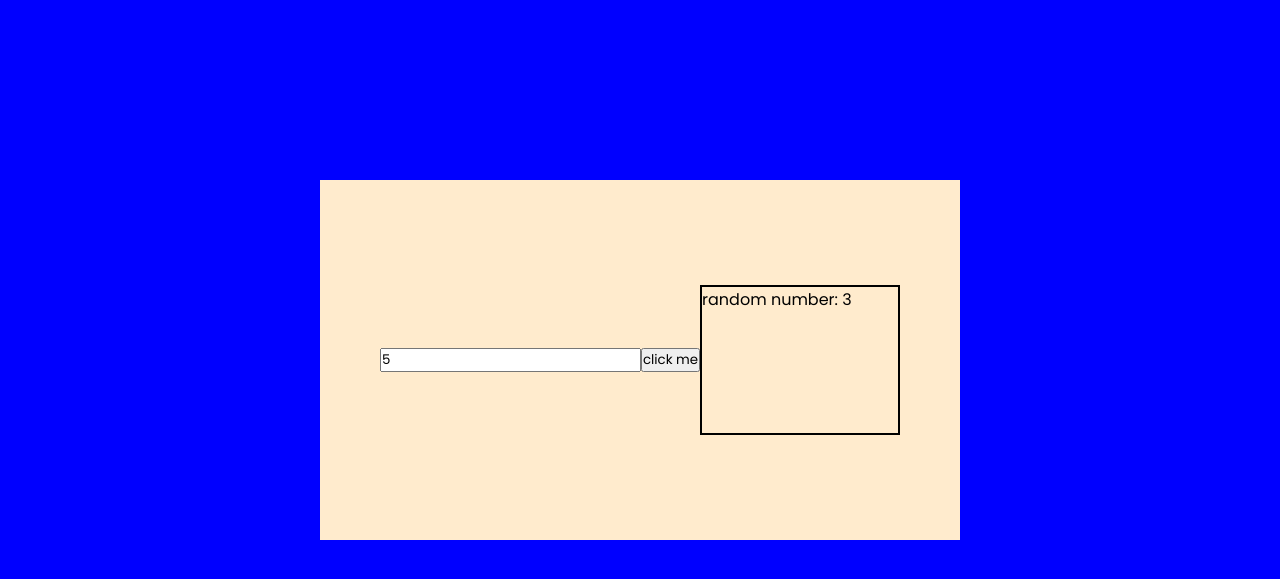
Repository: NarekTovmasyan/promise
Page: inex.html
An editor plug-in stored every save of this project. The page is shown before and after the next save, followed by the edit.
The browser window is 1280 px wide. The pictures show the whole page.
Empty fields were first filled with sample values (such as "Sample", 5 or name@example.com).
After loading, the first visible `#button` was clicked once.

Above is the page before, as saved 2022-02-21 22:43:00.
Console error (its wording comes from the project's code and is left out).

### inex.html
<!DOCTYPE html>
<html lang="en">

<head>
    <meta charset="UTF-8">
    <meta http-equiv="X-UA-Compatible" content="IE=edge">
    <meta name="viewport" content="width=device-width, initial-scale=1.0">
    <title>Document</title>
    <link rel="stylesheet" href="./style.css">
</head>

<body>
    <div class="body">
        <div class="conteiner">
            <div class="main">
                <input type="number" id="value" placeholder="enter number 0-6">
                <button class="btn" id="button">click me</button>
                <div class="table" id="show-text"></div>
            </div>
        </div>
    </div>
    <script src="./script.js"></script>
</body>

</html>

### style.css
@import url('https://fonts.googleapis.com/css2?family=Poppins:wght@200;300;400;500;600;700&display=swap');
* {
    margin: 0;
    padding: 0;
    box-sizing: border-box;
    font-family: 'Poppins', sans-serif;
}

.body {
    background-color: blue;
    position: absolute;
    width: 100%;
    height: 100%;
    display: flex;
    align-items: center;
    justify-content: center;
}

.conteiner {
    background-color: blanchedalmond;
    position: relative;
    width: 50%;
    height: 50%;
    display: flex;
    align-items: center;
    justify-content: center;
}

.main {
    display: contents;
    flex-direction: row;
}


/* .btn {

} */

.table {
    border: 2px solid black;
    width: 200px;
    height: 150px;
}

### script.js
// const myBirthday = (isSick) => {
//     return new Promise(function (resolve, reject) {
//       if (!isSick) {
//         setTimeout(() => resolve(2), 2000);
//       } else {
//         reject("I dont have cake :разочарование_облегчение:");
//       }
//     });
//   };
//   const handleCake = async () => {
//     try {
//       let result = await myBirthday(true); // result = 2
//       console.log(`I have ${result} cakes :день_рождения:`);
//     } catch (err) {
//       console.log(err);
//     } finally {
//       console.log("Party");
//     }
//   };
//   handleCake();



// myBirthday(true)
//   .then((result) => console.log(`I have ${result} cakes :день_рождения:`))
//   .catch((err) => console.log(err))
//   .finally(() => console.log("Party"));


// let number = 5;

// function compare(argument) {
//     return new Promise(function(resolve, reject) {
//         if (number > argument) {
//             resolve(number)
//         } else {
//             reject(new Error("oops"))
//         }
//     })
// };
// compare(6).then(function(number) {
//     console.log(number);
// }).catch(function(error) {
//     console.log(error);
// }).finally(() => {
//     console.log("barlus");
// })

const value = document.getElementById("value");
const button = document.getElementById("button")
const showText = document.getElementById("show-text");

function randomNum(max) {
    return Math.floor(Math.random() * max) + 1;
}

button.addEventListener("click", function() {
    let random = randomNum(6);
    showText.innerText = "random number: " + random;

    let inputValue;
    if (Number(value.value) > 6 || Number(value.value) < 1) {
        alert("enter chisht number, 1-6")
    } else {
        inputValue = Number(value.value);
    }
    let count = 0;
    if (inputValue === random) {
        count += 2;
    } else if (Math.abs(inputValue - random) === 1) {
        count += 1;
    } else {
        count += 0;
    }
    showText.insertAdjacentHTML('afterend') = "count number: " + count;
})

After the next save:
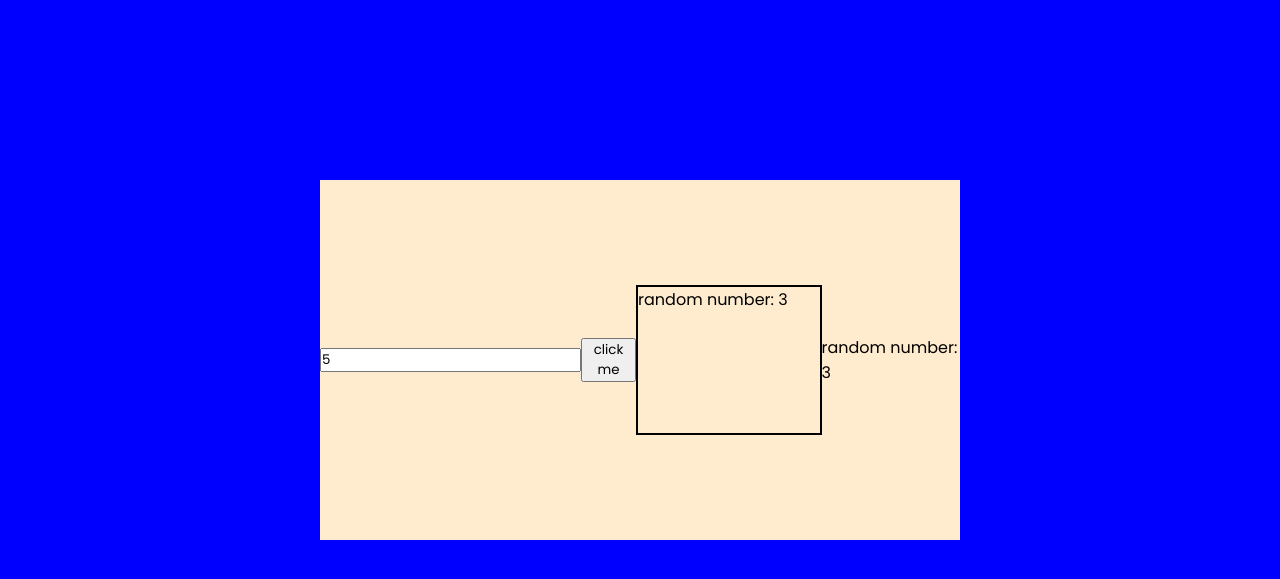
Console error: ReferenceError: Invalid left-hand side in assignment
Saved 44 s later.
--- a/script.js
+++ b/script.js
@@ -72,5 +72,5 @@ button.addEventListener("click", function() {
     } else {
         count += 0;
     }
-    showText.insertAdjacentHTML('afterend') = "count number: " + count;
+    showText.insertAdjacentHTML('afterend', showText.innerText) = "count number: " + count;
 })
